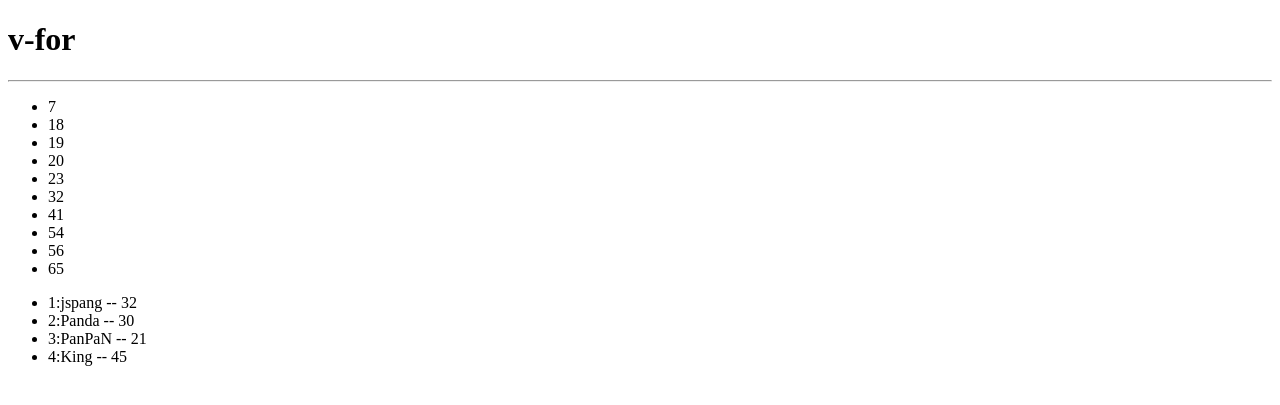
Repository: 13982720426/vue2.0-LearningNotes
Page: example/v-for.html
An editor plug-in stored every save of this project. The page is shown before and after the next save, followed by the edit.
The browser window is 1280 px wide. The pictures show the whole page.

Above is the page before, as saved 2021-06-17 15:57:36.

### example/v-for.html
<!DOCTYPE html>
<html lang="en">
  <head>
    <meta charset="UTF-8" />
    <meta http-equiv="X-UA-Compatible" content="IE=edge" />
    <meta name="viewport" content="width=device-width, initial-scale=1.0" />
    <title>v-for</title>
    <script type="text/javascript" src="../assets/js/vue.js"></script>
  </head>
  <body>
    <h1>v-for</h1>
    <hr />
    <div id="app">
      <ul>
        <li v-for="item in sortItems">{{item}}</li>
      </ul>
      <ul>
        <li v-for="(student,index) in students">{{index+1}}:{{student.name}} -- {{student.age}}</li>
      </ul>
    </div>
    <script type="text/javascript">
      var app = new Vue({
        el: '#app',
        data: {
          items: [20, 23, 7, 18, 65, 32, 19, 54, 56, 41],
          students: [
            { name: 'jspang', age: 32 },
            { name: 'Panda', age: 30 },
            { name: 'PanPaN', age: 21 },
            { name: 'King', age: 45 },
          ],
        },
        computed: {
          sortItems: function () {
            return this.items.sort(sortNumber);
          },

          sortStudent: function () {
            return sortByKey(this.students, 'age');
          },
        },
      });
      function sortNumber(a, b) {
        return a - b;
      }
      //数组对象方法排序:
      function sortByKey(array, key) {
        return array.sort(function (a, b) {
          var x = a[key];
          var y = b[key];
          return x < y ? -1 : x > y ? 1 : 0;
        });
      }
    </script>
  </body>
</html>

Loaded but not shown: assets/js/vue.js (library)

After the next save:
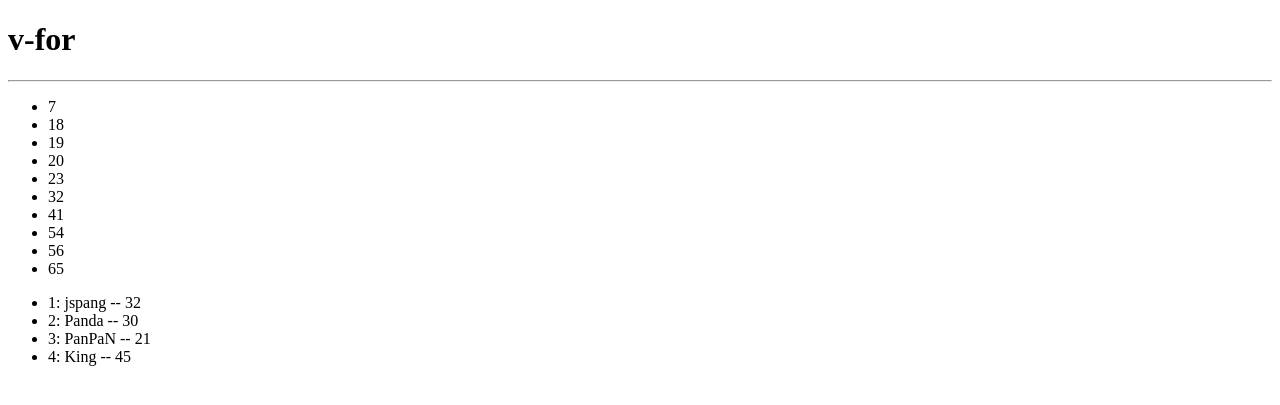
Saved 19 s later.
--- a/example/v-for.html
+++ b/example/v-for.html
@@ -15,7 +15,9 @@
         <li v-for="item in sortItems">{{item}}</li>
       </ul>
       <ul>
-        <li v-for="(student,index) in students">{{index+1}}:{{student.name}} -- {{student.age}}</li>
+        <li v-for="(student,index) in students">
+          {{index+1}}: {{student.name}} -- {{student.age}}
+        </li>
       </ul>
     </div>
     <script type="text/javascript">
